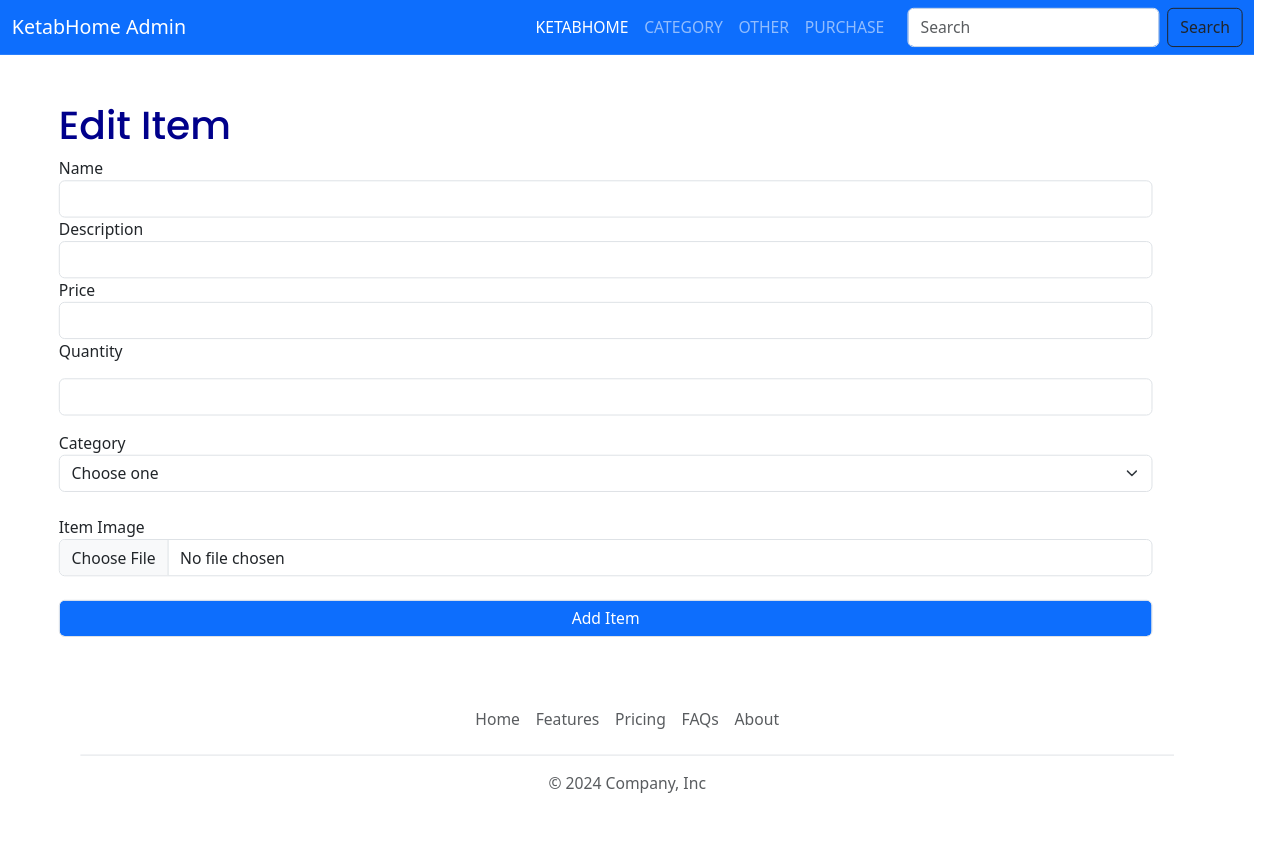
Repository: nyeinsu4520/coursera-test
Page: http://localhost/edit_item
An editor plug-in stored every save of this project. The page is shown before and after the next save, followed by the edit.
The browser window is 1280 px wide. The page is 1280 px wide, then 1304 px, so the pictures cover 1304 px, including what lies to the right of the window. The pictures show the whole page, at 98% of full size.
Some web fonts or font styles are not loaded; a fallback is used. The page is this project's Thymeleaf template; nobody is signed in. The template is opened directly, without the code that normally fills it, so the values that code supplies are empty.

Above is the page before, as saved 2024-05-31 07:42:13.

After the next save:
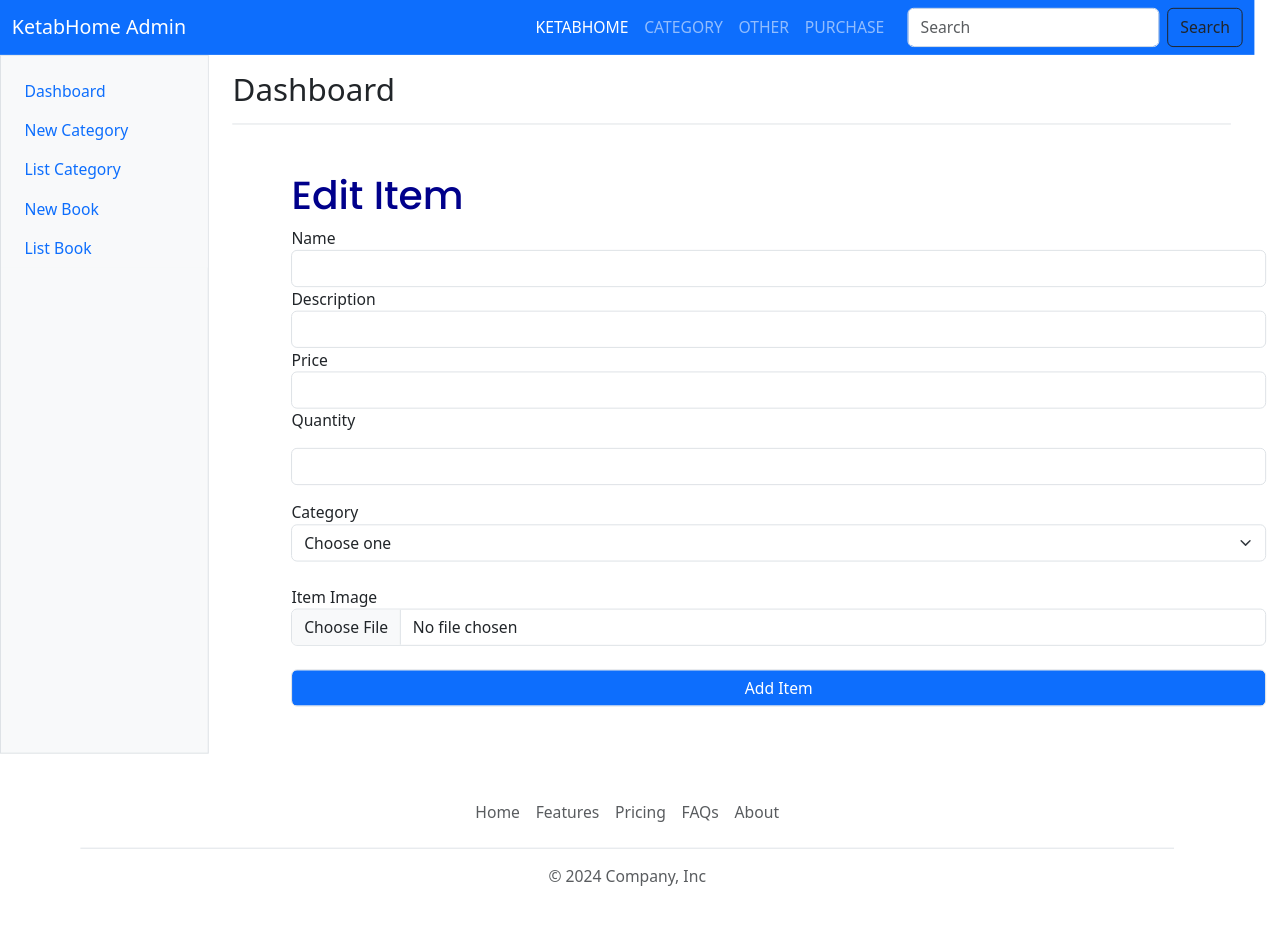
Saved 47 s later.
--- a/KetabHome/src/main/resources/templates/edit_item.html
+++ b/KetabHome/src/main/resources/templates/edit_item.html
@@ -15,7 +15,58 @@
 <body>
 <div th:replace="fragment/header"></div>
 
-  <div class="container m-5">
+<div class="container-fluid">
+    <div class="row">
+        <div class="sidebar border border-right col-md-3 col-lg-2 p-0 bg-body-tertiary">
+            <div class="offcanvas-md offcanvas-end bg-body-tertiary" tabindex="-1" id="sidebarMenu" aria-labelledby="sidebarMenuLabel">
+                <div class="offcanvas-header">
+                    <h5 class="offcanvas-title" id="sidebarMenuLabel">KetabHome Admin</h5>
+                    <button type="button" class="btn-close" data-bs-dismiss="offcanvas" aria-label="Close"></button>
+                </div>
+                <div class="offcanvas-body d-md-flex flex-column p-0 pt-lg-3 overflow-y-auto">
+                    <ul class="nav flex-column">
+                        <li class="nav-item">
+                            <a class="nav-link d-flex align-items-center gap-2 active" aria-current="page" href="/index">
+                            <i class="fa-solid fa-gauge"></i>
+                                Dashboard
+                            </a>
+                        </li>
+                        <li class="nav-item">
+                            <a class="nav-link d-flex align-items-center gap-2" href="/category/add">
+                            <i class="fa-solid fa-plus"></i>
+                                New Category
+                            </a>
+                        </li>
+                        <li class="nav-item">
+                            <a class="nav-link d-flex align-items-center gap-2" href="/categories">
+                            <i class="fa-solid fa-table-list"></i>
+                                List Category
+                            </a>
+                        </li>
+                        <li class="nav-item">
+                            <a class="nav-link d-flex align-items-center gap-2" href="/item/add">
+                            <i class="fa-solid fa-plus"></i>
+                                New Book
+                            </a>
+                        </li>
+                        <li class="nav-item">
+                            <a class="nav-link d-flex align-items-center gap-2" href="/item">
+                            <i class="fa-solid fa-table-list"></i>
+                                List Book
+                            </a>
+                        </li>
+                    </ul>
+                </div>
+            </div>
+        </div>
+
+
+        <main class="col-md-9 ms-sm-auto col-lg-10 px-md-4">
+      <div class="d-flex justify-content-between flex-wrap flex-md-nowrap align-items-center pt-3 pb-2 mb-3 border-bottom">
+        <h1 class="h2">Dashboard</h1>
+
+           </div>
+<div class="container m-5">
   <h1 style="font-family: 'Poppins', sans-serif; color:darkblue;">Edit Item</h1>
   <form th:object="${item}" th:action="@{/item/edit/{id} (id=${item.id})}" method="post" enctype="multipart/form-data">
   	<label>Name</label>
@@ -40,6 +91,18 @@
   </form>
 
   </div>
+
+
+
+      </main>
+
+       </div>
+    </div>
+
+
+
+
+
 	<div th:replace="fragment/footer"></div>
 
 </body>
